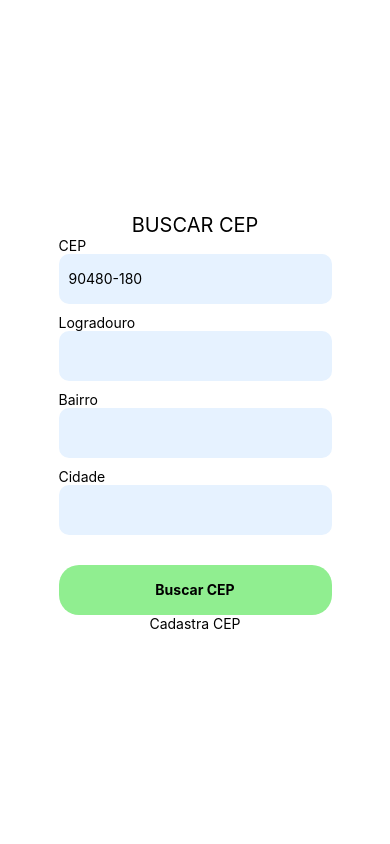
Repository: GustavoMSevero/registerCep
Page: /
The author's editor kept a copy of each file at every save. The page is drawn from the files as they stood at one save, then again after the next save.
The browser window is 390 px wide. The pictures show the whole page.
The app was drawn by React Native's web renderer in a window 390 px wide. The project was rebuilt for these pictures with package versions that can differ from the ones it lists, and the page was loaded fresh each time.

Above is the page before, as saved 2024-09-16 13:53:19.

### App.js
import axios from 'axios';
import { StatusBar } from 'expo-status-bar';
import { useState } from 'react';
import { StyleSheet, Text, View, TextInput, TouchableOpacity } from 'react-native';

export default function App() {

  const [cep, setCep] = useState(null)
  const [logradouro, setLogradouro] = useState(null)
  const [bairro, setBairro] = useState(null)
  const [localidade, setLocalidade] = useState(null)
  const [uf, setUF] = useState(null)

  async function getCep() {
    let response = await fetch(`https://viacep.com.br/ws/${cep}/json/`);
    let body = await response.json();

    setLogradouro(body.logradouro);
    setBairro(body.bairro);
    setLocalidade(body.localidade);
    setUF(body.uf);

  }

  return (
    <View style={styles.container}>
      <Text style={styles.title}>BUSCAR CEP</Text>
      <View style={styles.viewInput}>
        <Text>CEP</Text>
        <TextInput
          style={styles.input}
          keyboardType='number'
          placeholder='90480-180'
          onChangeText={(number) => setCep(number)}
          value={cep}
        />
      </View>
      <View style={styles.viewInput}>
        <Text>Logradouro</Text>
        <TextInput
          style={styles.input}
          value={logradouro}
        />
      </View>
      <View style={styles.viewInput}>
        <Text>Bairro</Text>
        <TextInput
          style={styles.input}
          value={bairro}
        />
      </View>
      <View style={styles.viewInput}>
        <Text>Cidade</Text>
        <TextInput
          style={styles.input}
          value={localidade}
        />
      </View>
        <TouchableOpacity
          style={styles.button}
          onPress={getCep}
        >
          <Text style={styles.textButton}>Buscar CEP</Text>
        </TouchableOpacity>
        <TouchableOpacity
          style={styles.buttonCadastra}
          onPress={getCep}
        >
          <Text style={styles.textButtonCadastra}>Cadastra CEP</Text>
        </TouchableOpacity>
      <StatusBar style="auto" />
    </View>
  );
}

const styles = StyleSheet.create({
  title: {
    fontSize: 20,
  },
  container: {
    flex: 1,
    backgroundColor: '#fff',
    alignItems: 'center',
    justifyContent: 'center',
  },
  viewInput: {
    width: "70%",
  },
  input: {
    backgroundColor: "#e6f2ff",
    width: "100%",
    height: 50,
    marginBottom: 10,
    borderRadius: 10,
    paddingLeft: 10,
  },
  button: {
    marginTop: 20,
    backgroundColor: "lightgreen",
    width: "70%",
    alignItems: "center",
    justifyContent: "center",
    height: 50,
    borderRadius: 20,
  },
  textButton: {
    fontWeight: "bold",
  }
});

After the next save:
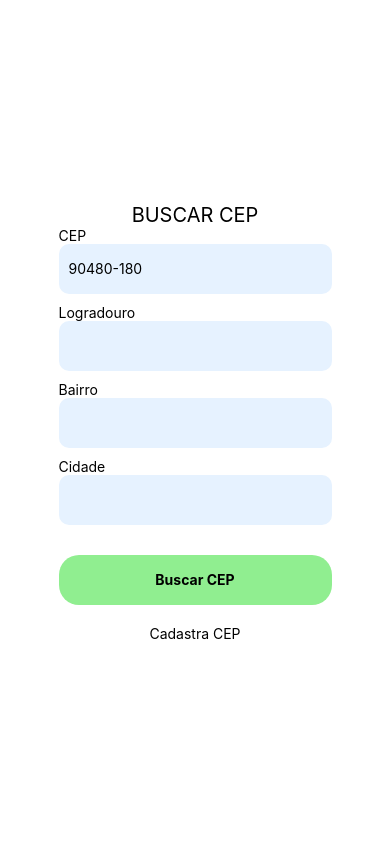
Saved 105 s later.
--- a/App.js
+++ b/App.js
@@ -96,6 +96,7 @@ const styles = StyleSheet.create({
   },
   button: {
     marginTop: 20,
+    marginBottom: 20,
     backgroundColor: "lightgreen",
     width: "70%",
     alignItems: "center",
